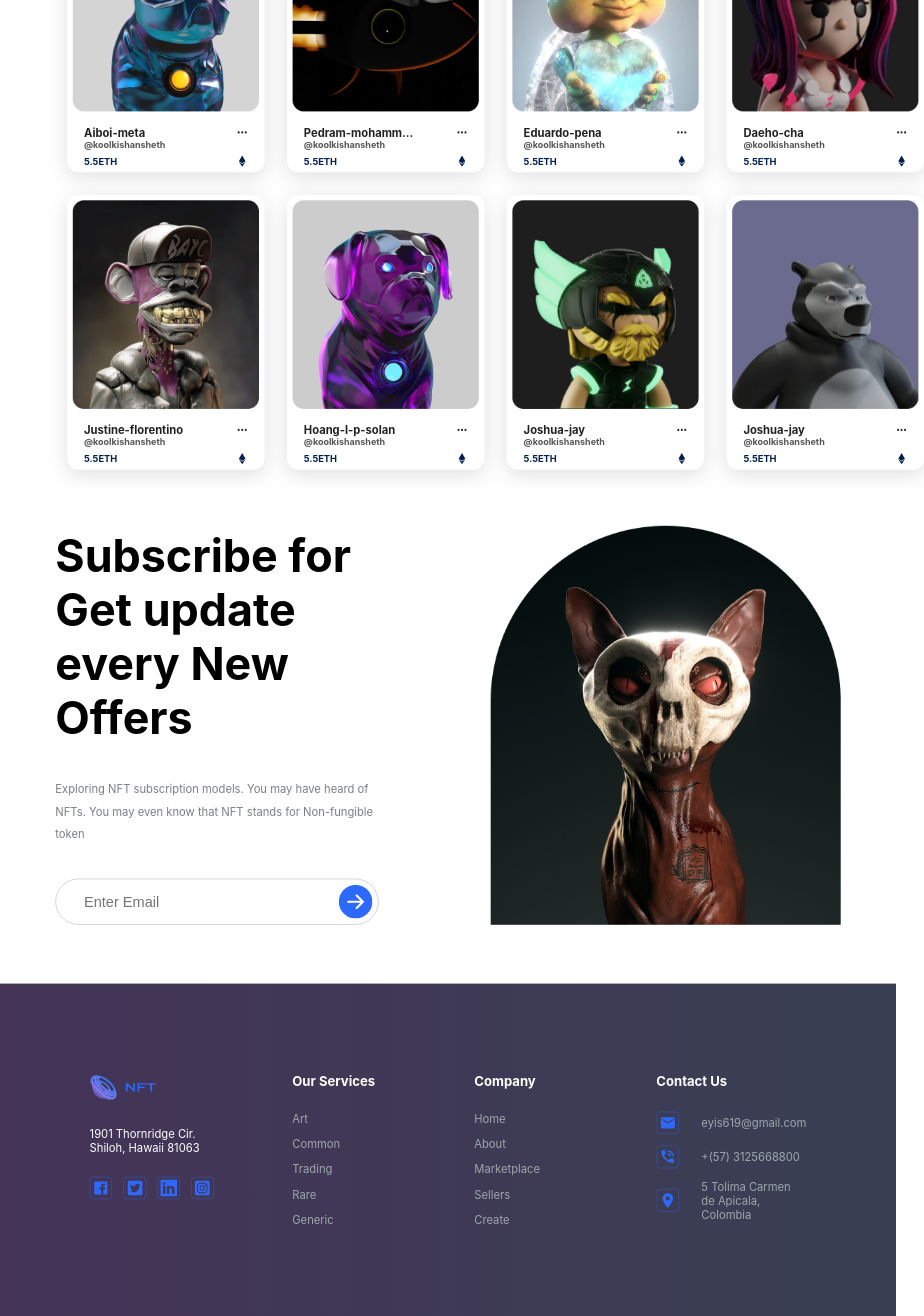
Repository: Ellisvelandia/NFT
Page: /
The author's editor kept a copy of each file at every save. The page is drawn from the files as they stood at one save, then again after the next save.
The browser window is 1280 px wide. The page is 1320 px wide, so the pictures cover 1320 px, including what lies to the right of the window. The pictures show the part of the page from y = 3373 to 5253 px (the page is 5253 px tall), at 70% of full size.
The project was rebuilt for these pictures with package versions that can differ from the ones it lists, and the page was loaded fresh each time.

Above is the page before, as saved 2022-08-21 16:21:47.

### src/index.css
* {
  margin: 0;
  padding: 0;
  box-sizing: border-box;
}

body {
  margin: 0;
  font-family: -apple-system, BlinkMacSystemFont, "Segoe UI", "Roboto", "Oxygen",
    "Ubuntu", "Cantarell", "Fira Sans", "Droid Sans", "Helvetica Neue",
    sans-serif;
  -webkit-font-smoothing: antialiased;
  -moz-osx-font-smoothing: grayscale;
}

html {
  scroll-behavior: smooth;
}

### src/App.js
import React from "react";
import Home from "./components/Home";
import Clients from "./components/Clients";
import CreateAndSell from "./components/CreateAndSell";
import Choose from "./components/Choose";
import MarketPlace from "./components/MarketPlace";
import Subscribe from "./components/Subscribe";
import Footer from "./components/Footer"

export default function App() {
  return (
    <div>
      <Home />
      <Clients />
      <CreateAndSell />
      <Choose />
      <MarketPlace />
      <Subscribe />
      <Footer/>
    </div>
  );
}

### src/components/Home.jsx
import React from "react";
import Navbar from "./Navbar";
import styled from "styled-components";
import hero from "../assets/hero.png";
import heroText from "../assets/heroText.png";
import Button from "./Button";

export default function Home() {
  return (
    <Section>
      <Navbar />
      <div className="ellipse"></div>
      <div className="container">
        <div className="content">
          <h1>
            Explore Our
            <span>
              <img src={heroText} alt="hero text" />
            </span>
            Hero Text Digital NFT Market Place
          </h1>
          <p>
            As the name implies, the NFT collection is basically a unique
            collection of NFTs. The concept of an NFT collection or project
            overshadows the value propositions of NFT artwork. For example, NFT
            artworks are generally created on a smaller scale with the
            involvement of concerned content creators or digital artists
          </p>
          <div className="buttons">
            <Button blue text="Explore Now" />
            <Button text="Create NFT" />
          </div>
          <div className="data">
            <div className="dataTab">
              <h2>40K</h2>
              <h5>Artwork</h5>
            </div>
            <div className="dataTab">
              <h2>15K</h2>
              <h5>Auction</h5>
            </div>
            <div className="dataTab">
              <h2>20K</h2>
              <h5>Artist</h5>
            </div>
          </div>
        </div>
        <div className="image">
          <img src={hero} alt="hero" />
        </div>
      </div>
    </Section>
  );
}

const Section = styled.section`
  margin: 0.5rem;
  background-color: #232835;
  border-radius: 1rem;
  position: relative;
  overflow: hidden;
  margin-bottom: 5rem;
  .ellipse {
    height: 30rem;
    width: 30rem;
    background-color: #ae54c27d;
    opacity: 0.5;
    border-radius: 100%;
    filter: blur(200px);
    position: absolute;
    bottom: -30%;
    left: -10%;
    z-index: 1;
  }
  .container {
    padding: 2rem;
    marign: 0 2rem;
    display: flex;
    .content {
      z-index: 10;
      display: flex;
      flex-direction: column;
      gap: 2rem;
      margin-top: 5rem;
      padding-right: 2rem;
      h1 {
        color: white;
        font-size: 5rem;
      }
      p {
        color: #a6a6a6;
      }
      .buttons {
        display: flex;
        gap: 2rem;
      }
      .data {
        display: flex;
        gap: 5rem;
        .dataTab {
          display: flex;
          flex-direction: column;
          gap: 1rem;
          h2 {
            color: white;
            font-size: 2rem;
          }
          h5 {
            text-align: center;
            color: a6a6a6;
          }
        }
      }
    }
    .image {
      img {
        height: 40rem;
      }
    }
  }
`;

### src/components/Clients.jsx
import React from "react";
import styled from "styled-components";
import client1 from "../assets/client1.png";
import client2 from "../assets/client2.png";
import client3 from "../assets/client3.png";
import client4 from "../assets/client4.png";
import client5 from "../assets/client5.png";

export default function Clients() {
  const clients = [client1, client2, client3, client4, client5];
  return (
    <Section>
      {" "}
      {clients.map((client, index) => {
        return (
          <div className="client" key={index}>
            <img src={client} alt="client" />
          </div>
        );
      })}
    </Section>
  );
}

const Section = styled.section`
  display: flex;
  justify-content: space-evenly;
  align-items: center;
  margin: 0 2rem;
  margin-bottom: 5rem;
`;

### src/components/CreateAndSell.jsx
import React from "react";
import styled from "styled-components";
import sell1 from "../assets/sell1.png";
import sell2 from "../assets/sell2.png";
import sell3 from "../assets/sell3.png";
import Button from "./Button";

export default function CreateAndSell() {
  const data = [
    {
      image: sell1,
      title: "Create your collection",
      description:
        "Lorem Ipsum is simply dummy text of the printing and typesetting industry. Lorem Ipsum has been.",
      buttonText: "Create",
    },
    {
      image: sell2,
      title: "Add your NFTs",
      description:
        "Lorem Ipsum is simply dummy text of the printing and typesetting industry. Lorem Ipsum has been.",
      buttonText: "Add NFT",
    },
    {
      image: sell3,
      title: "List them for sale",
      description:
        "Lorem Ipsum is simply dummy text of the printing and typesetting industry. Lorem Ipsum has been.",
      buttonText: "Sell Now",
    },
  ];
  return (
    <Section>
      <div className="title">
        <h2>Create and Sell Your NFTs</h2>
      </div>
      <div className="container">
        <div className="ellipse"></div>
        <div className="content">
          {data.map(({ image, title, description, buttonText }, index) => {
            return (
              <div className="createAndSell" key={index}>
                <div className="image">
                  <img src={image} alt="create and sell" />
                </div>
                <h3>{title}</h3>
                <p>{description}</p>

                <Button text={buttonText} blue={index === 1} />
              </div>
            );
          })}
        </div>
      </div>
    </Section>
  );
}

const Section = styled.section`
  margin: 0 6rem;
  margin-bottom: 5rem;
  .title {
    text-align: center;
    h2 {
      font-size: 3rem;
      margin-bottom: 4rem;
    }
  }
  .container {
    background-color: #232835;
    padding: 5rem;
    border-radius: 1rem;
    position: relative;
    overflow: hidden;
    .ellipse {
      height: 30rem;
      width: 30rem;
      background-color: #ae54c27d;
      border-radius: 100%;
      filter: blur(2000px);
      opacity: 0.5;
      position: absolute;
      bottom: -30%;
      left: -10%;
      z-index: 1;
    }
    .content {
      display: flex;
      gap: 3rem;
      .createAndSell {
        background-color: #ffffff34;
        z-index: 10;
        padding: 2rem;
        display: flex;
        flex-direction: column;
        gap: 1rem;
        border-radius: 1rem;
        .image {
          background-color: #2d69fd;
          display: flex;
          justify-content: center;
          align-items: center;
          padding: 1rem;
          width: max-content;
          border-radius: 2rem;
          img {
            height: 2rem;
          }
        }
        h3 {
          color: white;
        }
        p {
          color: #c8c4cf;
          margin-bottom: 1rem;
        }
        button {
        }
      }
    }
  }
  @media screen and (min-width: 280px) and (max-width: 1080px) {
    margin: 2rem;
    .title {
      h2 {
        font-size: 2rem;
      }
    }
    .container {
      padding: 1rem;
      .content {
        flex-direction: column;
        gap: 1rem;
      }
    }
  }
`;

### src/components/Choose.jsx
import React from "react";
import styled from "styled-components";
import choose from "../assets/choose.png";
import Button from "./Button";
export default function Choose() {
  return (
    <Section>
      <div className="image">
        <img src={choose} alt="choose" />
      </div>
      <div className="content">
        <h2>Why should you Choose Our Website ?</h2>
        <p>
          Some people invest in them because they believe that they'll hold
          value in the future, offering what they consider a safe investment
          option. Others invest in NFTs to secure digital ownership of physical
          assets and collectibles, as well as access to exclusive perks, since
          they are difficult to forge or steal.
        </p>
        <Button text="Read More" blue />
      </div>
    </Section>
  );
}

const Section = styled.section`
  display: flex;
  justify-content: center;
  align-content: center;
  margin: 0 9rem;
  gap: 3rem;
  margin-bottom: 5rem;
  .image {
  }
  .content {
    display: flex;
    justify-content: center;
    flex-direction: column;
    gap: 3rem;
    h2 {
      font-size: 4rem;
    }
    p {
      color: #7b7e86;
      line-height: 2rem;
    }
  }
  @media screen and (min-width: 280px) and (max-width: 1080px) {
    flex-direction: column;
    margin: 2rem;
    .image {
      display: flex;
      justify-content: center;
      align-items: center;
      img {
        height: 50vw;
      }
    }
    .content {
      gap: 1rem;
      h2 {
        font-size: 1rem;
      }
      p {
        line-height: 1.3rem;
        font-size: 0.9rem;
      }
    }
  }
`;

### src/components/MarketPlace.jsx
import React from "react";
import { BsThreeDots } from "react-icons/bs";
import { FaEthereum } from "react-icons/fa";

import styled from "styled-components";
import marketplace1 from "../assets/marketplace1.png";
import marketplace2 from "../assets/marketplace2.png";
import marketplace3 from "../assets/marketplace3.png";
import marketplace4 from "../assets/marketplace4.png";
import marketplace5 from "../assets/marketplace5.png";
import marketplace6 from "../assets/marketplace6.png";
import marketplace7 from "../assets/marketplace7.png";
import marketplace8 from "../assets/marketplace8.png";
import Button from "./Button";
export default function MarketPlace() {
  const marketPlaceData = [
    {
      image: marketplace1,
      name: "Aiboi-meta",
    },
    {
      image: marketplace2,
      name: "Pedram-mohamm...",
    },
    {
      image: marketplace3,
      name: "Eduardo-pena",
    },
    {
      image: marketplace4,
      name: "Daeho-cha",
    },
    {
      image: marketplace5,
      name: "Justine-florentino",
    },
    {
      image: marketplace6,
      name: "Hoang-l-p-solan",
    },
    {
      image: marketplace7,
      name: "Joshua-jay",
    },
    {
      image: marketplace8,
      name: "Joshua-jay",
    },
  ];
  const marketPlaceType = [
    "All",
    "Art",
    "Generic",
    "Common",
    "Trading",
    "Rare",
  ];
  return (
    <Section>
      <div className="title">
        <h2>NFT Marketplace</h2>
        <p>
          Lorem Ipsum is simply dummy text of the printing and typesetting
          industry. Lorem Ipsum has been the industry's standard.
        </p>
      </div>
      <div className="marketPlaceTypes">
        {marketPlaceType.map((text, index) => {
          return <Button text={text} key={index} blue={index === 0} />;
        })}
      </div>
      <div className="marketPlaces">
        {marketPlaceData.map(({ image, name }) => {
          return (
            <div className="marketplace">
              <div className="image">
                <img src={image} alt="marketplace" />
              </div>
              <div className="name">
                <h4>{name}</h4>
                <BsThreeDots />
              </div>
              <h6 className="username">@koolkishansheth</h6>
              <div className="price-container">
                <h5 className="price">5.5ETH</h5>
                <FaEthereum />
              </div>
            </div>
          );
        })}
      </div>
    </Section>
  );
}

const Section = styled.section`
  display: flex;
  flex-direction: column;
  gap: 5rem;
  margin: 0 6rem;
  margin-bottom: 5rem;
  .title {
    display: flex;
    justify-content: center;
    align-items: center;
    gap: 3rem;
    flex-direction: column;
    h2 {
      font-size: 3rem;
    }
    p {
      color: #7b7e86;
    }
  }
  .marketPlaceTypes {
    display: flex;
    justify-content: center;
    gap: 2rem;
    button:not(.blue) {
      color: black;
      border-color: #7b7e86;
    }
  }
  .marketPlaces {
    display: grid;
    grid-template-columns: repeat(4, 1fr);
    gap: 2rem;
    .marketplace {
      box-shadow: rgba(100, 100, 111, 0.2) 0px 7px 29px 0px;
      padding: 0.5rem;
      border-radius: 1rem;
      width: max-content;
      cursor: pointer;
      transition: 0.5s ease-in-out;
      &:hover {
        box-shadow: rgba(0, 0, 0, 0.25) 0px 54px 55px,
          rgba(0, 0, 0, 0.12) 0px -12px 30px, rgba(0, 0, 0, 0.12) 0px 4px 6px,
          rgba(0, 0, 0, 0.17) 0px 12px 13px, rgba(0, 0, 0, 0.09) 0px -3px 5px;
      }
      .image {
        margin-bottom: 1rem;
      }
      .name {
        display: flex;
        color: #222222;
        align-items: center;
        justify-content: space-between;
        padding: 0 1rem;
        h4 {
        }
      }
      .username {
        color: #555555;
        font-size: 0.8rem;
        padding: 0 1rem;
        margin-bottom: 0.5rem;
      }
      .price-container {
        padding: 0 1rem;
        display: flex;
        justify-content: space-between;
        color: #02204e;
      }
    }
  }
  @media screen and (min-width: 280px) and (max-width: 1080px) {
    margin: 2rem;
    .marketPlaceTypes {
      display: grid;
      grid-template-columns: repeat(auto-fit, minmax(120px, 1fr));
    }
    .marketPlaces {
      display: flex;
      flex-direction: column;
      justify-content: center;
      align-items: center;
    }
  }
`;

### src/components/Subscribe.jsx
import React from "react";
import styled from "styled-components";
import subscribe from "../assets/subscribe.png";
import { BsFillArrowRightCircleFill } from "react-icons/bs";
export default function Subscribe() {
  return (
    <Section>
      <div className="content">
        <h2>Subscribe for Get update every New Offers</h2>
        <p>
          Exploring NFT subscription models. You may have heard of NFTs. You may
          even know that NFT stands for Non-fungible token
        </p>
        <div className="input-container">
          <input type="text" placeholder="Enter Email" />
          <BsFillArrowRightCircleFill />
        </div>
      </div>
      <div className="image">
        <img src={subscribe} alt="subscribe" />
      </div>
    </Section>
  );
}

const Section = styled.section`
  display: flex;
  justify-content: center;
  align-content: center;
  margin: 0 9rem;
  gap: 10rem;
  margin-bottom: 5rem;
  .image {
    img {
    }
  }
  .content {
    display: flex;
    justify-content: center;
    flex-direction: column;
    gap: 3rem;
    /* width: 50%; */
    h2 {
      font-size: 4rem;
    }
    p {
      color: #7b7e86;
      line-height: 2rem;
    }
    .input-container {
      padding: 0.5rem;
      display: flex;
      justify-content: center;
      align-items: center;
      width: max-content;
      gap: 1rem;
      border: 1px solid #c4c4c4;
      border-radius: 3rem;
      input {
        border: none;
        &:focus {
          outline: none;
        }
        padding-left: 2rem;
        padding-right: 5rem;
        font-size: 1.3rem;
      }
      svg {
        color: #2d69fd;
        font-size: 3rem;
      }
    }
  }
  @media screen and (min-width: 280px) and (max-width: 1080px) {
    flex-direction: column;
    margin: 0 2rem;
    gap: 2rem;
    margin-bottom: 2rem;
    .image {
      display: flex;
      justify-content: center;
      align-items: center;
      img {
        height: 80vw;
      }
    }
    .content {
      gap: 1rem;
      h2 {
        font-size: 2rem;
      }
      p {
        line-height: 1.4rem;
      }
      .input-container {
        display: none;
        width: max-content;
        input {
          width: 50%;
        }
      }
    }
  }
`;

### src/components/Footer.jsx
import React from "react";
import styled from "styled-components";
import { AiFillFacebook } from "react-icons/ai";
import { BsLinkedin } from "react-icons/bs";
import { FaTwitterSquare, FaInstagramSquare } from "react-icons/fa";
import { MdEmail, MdPhoneInTalk } from "react-icons/md";
import { IoLocationSharp } from "react-icons/io5";

import logo from "../assets/logo.png";

export default function Footer() {
  const servicesLinks = ["Art", "Common", "Trading", "Rare", "Generic"];
  const companyLinks = ["Home", "About", "Marketplace", "Sellers", "Create"];
  const contactInfo = [
    {
      icon: <MdEmail />,
      value: "eyis619@gmail.com",
    },
    {
      icon: <MdPhoneInTalk />,
      value: "+(57) 3125668800",
    },
    {
      icon: <IoLocationSharp />,
      value: "5 Tolima Carmen de Apicala, Colombia",
    },
  ];
  const socialIcons = [
    <AiFillFacebook />,
    <FaTwitterSquare />,
    <BsLinkedin />,
    <FaInstagramSquare />,
  ];
  return (
    <Container>
      <div className="row">
        <div className="brand">
          <img src={logo} alt="logo" />
        </div>
        <p className="description">1901 Thornridge Cir. Shiloh, Hawaii 81063</p>
        <div className="social-icons">
          {socialIcons.map((icon) => {
            return <div className="icon">{icon}</div>;
          })}
        </div>
      </div>
      <div className="row">
        <h3>Our Services</h3>
        <ul className="list">
          {servicesLinks.map((link) => {
            return <li key={link}>{link}</li>;
          })}
        </ul>
      </div>
      <div className="row">
        <h3>Company</h3>
        <ul className="list">
          {companyLinks.map((link) => {
            return <li key={link}>{link}</li>;
          })}
        </ul>
      </div>
      <div className="row">
        <h3>Contact Us</h3>
        <ul>
          {contactInfo.map(({ icon, value }) => {
            return (
              <li>
                <div className="icon">{icon}</div>
                <span>{value}</span>
              </li>
            );
          })}
        </ul>
      </div>
    </Container>
  );
}
const Container = styled.footer`
  background: #443357;
  background: linear-gradient(to right, #443357, #394053);
  display: grid;
  grid-template-columns: repeat(4, 1fr);
  padding: 8rem;
  gap: 7rem;
  .row {
    color: #9ea7ad;
    display: flex;
    flex-direction: column;
    gap: 2rem;
    .brand {
    }
    h3 {
      color: white;
    }
    .description {
      color: white;
    }
    .social-icons {
      display: flex;
      gap: 1rem;
      .icon {
        border: 1px solid #2d68fd7f;
        padding: 0.2rem;
        display: flex;
        justify-content: center;
        align-items: center;
        border-radius: 0.3rem;
        cursor: pointer;
        svg {
          color: #2d69fd;
          font-size: 1.5rem;
        }
      }
    }
    ul {
      list-style: none;
      display: flex;
      flex-direction: column;
      gap: 1rem;
      li {
        display: flex;
        gap: 2rem;
        display: flex;
        align-items: center;
        .icon {
          border: 1px solid #2d68fd7f;
          padding: 0.2rem;
          display: flex;
          justify-content: center;
          align-items: center;
          border-radius: 0.3rem;
          cursor: pointer;
          svg {
            color: #2d69fd;
            font-size: 1.5rem;
          }
        }
      }
    }
  }
  @media screen and (min-width: 280px) and (max-width: 1080px) {
    grid-template-columns: 1fr;
    padding: 2rem;
    gap: 2rem;
  }
`;

### src/components/Navbar.jsx
import React from "react";
import styled from "styled-components";
import logo from "../assets/logo.png";
import Button from "./Button";

export default function Navbar() {
  return (
    <Nav>
      <div className="brand">
        <img src={logo} alt="logo" />
      </div>
      <div className="toggle"></div>
      <div className="links">
        <ul>
          <li>
            <a href="#">Home</a>
          </li>
          <li>
            <a href="#">Marketplace</a>
          </li>
          <li>
            <a href="#">Sellers</a>
          </li>
          <li>
            <a href="#">Create</a>
          </li>
        </ul>
      </div>
      <Button text="Contact" />
    </Nav>
  );
}

const Nav = styled.nav`
  display: flex;
  justify-content: space-between;
  align-items: center;
  margin: 0 2 rem;
  .toggle {
    display: none;
  }
  .links {
    height: 4rem;
    display: flex;
    justify-conetent: center;
    align-items: center;
    background-color: white;
    clip-path: polygon(0 0, 100% 0, 80% 100%, 20% 100%);
    padding: 2.5rem 8rem;
    ul {
      display: flex;
      list-style-type: none;
      gap: 3rem;
      li {
        a {
          color:#002000;
          text-decoration:none;
          transition:0.4s ease-in-out;
          &:hover {
            color:#2d69fd;
          }
        }
      }
    }
  }
`;

### src/components/Button.jsx
import React from "react";
import styled from "styled-components";

export default function Button({ text, blue = false }) {
  return (
    <Div>
      <button className={`${blue ? "blue" : ""}`}>{text}</button>
    </Div>
  );
}

const Div = styled.div`
  button {
    border-radius: 4rem;
    padding: 0.8rem 2rem;
    border: none;
    color: white;
    font-size: 1.1rem;
    cursor: pointer;
    :not(.blue) {
      background-color: transparent;
      border: 1px solid white;
    }
  }
  .blue {
    background-color: #2d69fd;
  }
`;

Loaded but not shown: public/index.html (common file); src/index.js (common file)

After the next save:
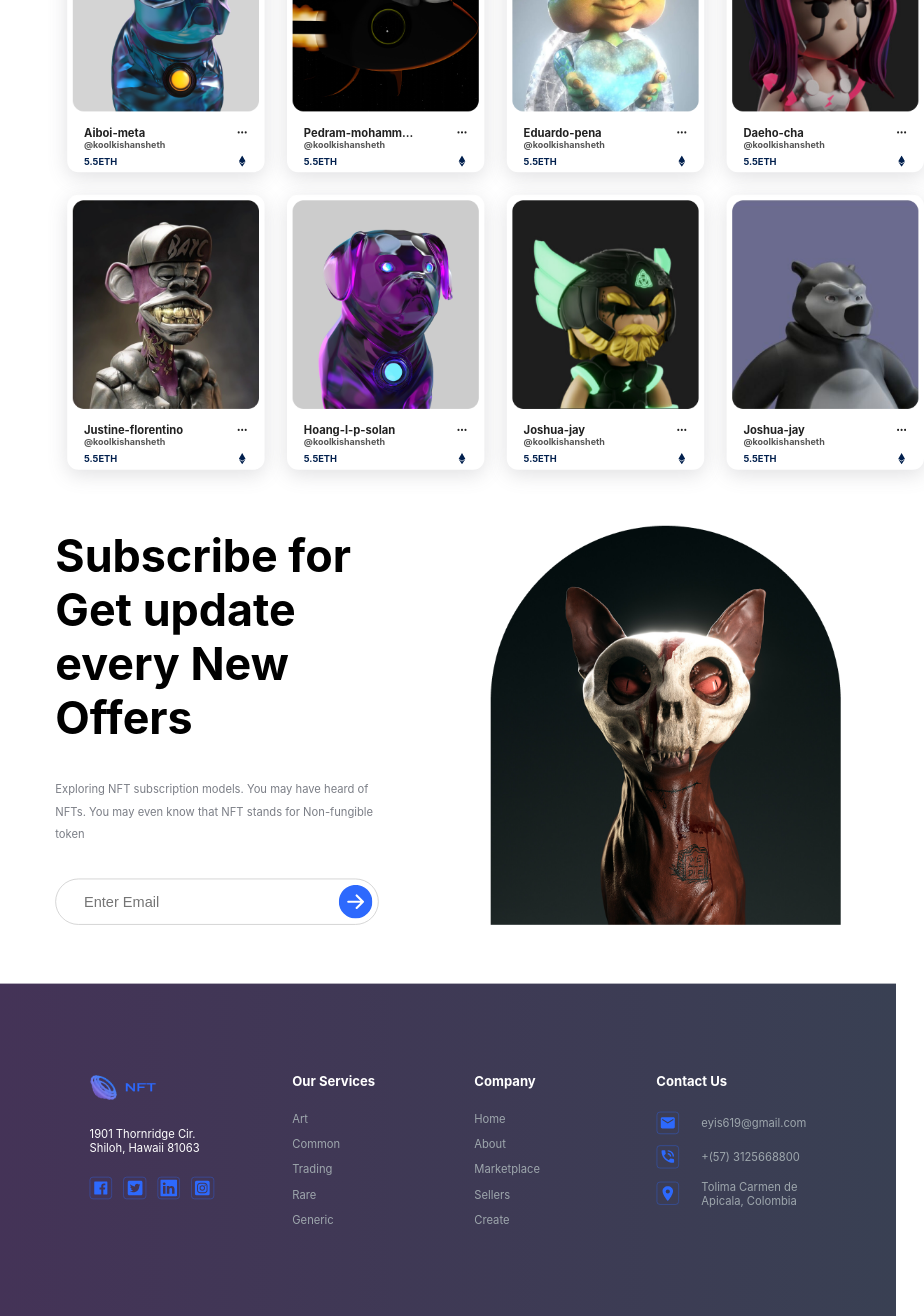
Saved 69 s later.
--- a/src/components/Footer.jsx
+++ b/src/components/Footer.jsx
@@ -22,7 +22,7 @@
     },
     {
       icon: <IoLocationSharp />,
-      value: "5 Tolima Carmen de Apicala, Colombia",
+      value: "Tolima Carmen de Apicala, Colombia",
     },
   ];
   const socialIcons = [
